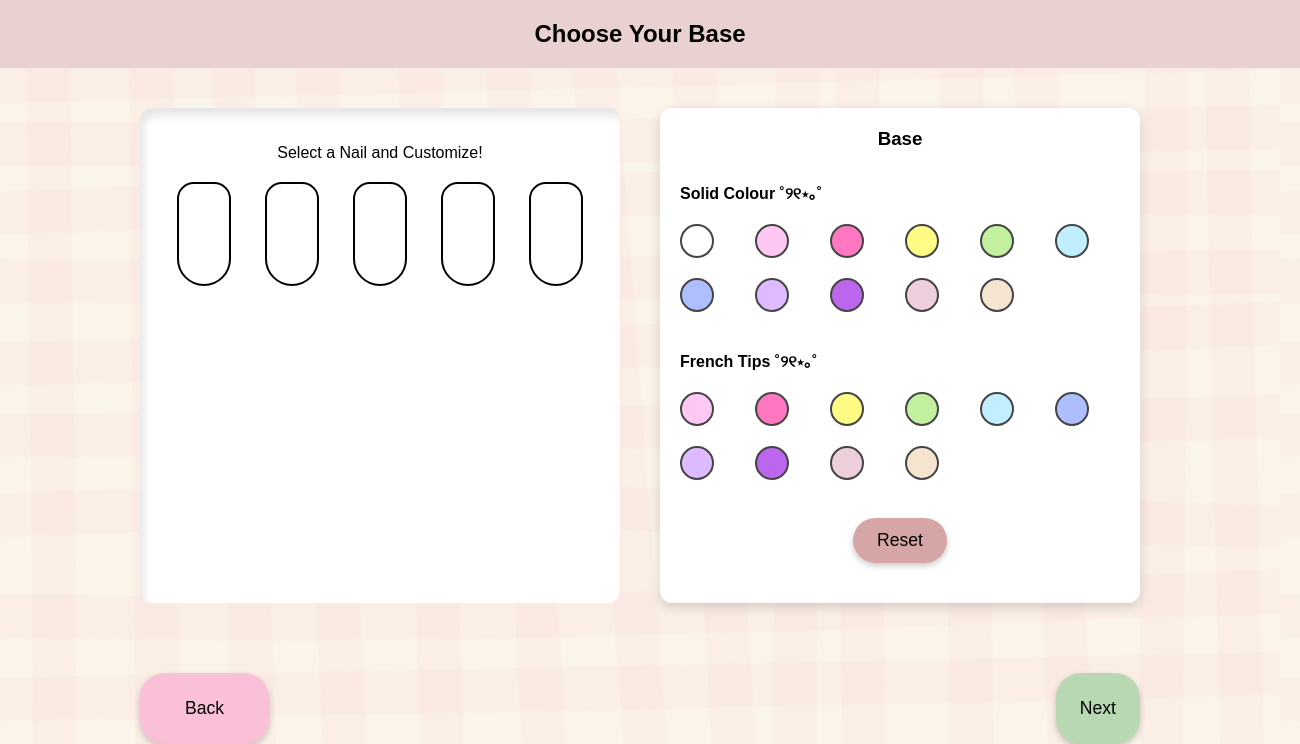
Repository: amolwalia/Fluidity-Lab
Page: base-paint.html
These files come from the project's save history. The page is drawn as it stood at one moment and after the next save; the edit follows.
The browser window is 1280 px wide. The page is 1300 px wide, so the pictures cover 1300 px, including what lies to the right of the window. The pictures show the whole page.

Above is the page before, as saved 2025-05-11 19:18:24.

### base-paint.html
<!DOCTYPE html>
<html lang="en">
  <head>
    <meta charset="UTF-8" />
    <meta name="viewport" content="width=device-width, initial-scale=1.0" />
    <title>Choose Your Base</title>
    <link rel="stylesheet" href="./styles/basepaints.css" />
  </head>
  <body>
    <header>Choose Your Base</header>
    <div class="container">
      <div class="nail-area">
        <p style="text-align: center">Select a Nail and Customize!</p>
        <div class="nails">
          <div class="nail" onclick="selectNail(this)"></div>
          <div class="nail" onclick="selectNail(this)"></div>
          <div class="nail" onclick="selectNail(this)"></div>
          <div class="nail" onclick="selectNail(this)"></div>
          <div class="nail" onclick="selectNail(this)"></div>
        </div>
      </div>
      <div class="palette">
        <h3>Base</h3>
        <strong>Solid Colour ˚୨୧⋆｡˚</strong>
        <div class="colors">
          <div
            class="color"
            style="background: white"
            onclick="setColor('white', false)"
          ></div>
          <div
            class="color"
            style="background: #ffc8f4"
            onclick="setColor('#ffc8f4', false)"
          ></div>
          <div
            class="color"
            style="background: #ff77c0"
            onclick="setColor('#ff77c0', false)"
          ></div>
          <div
            class="color"
            style="background: #fefc85"
            onclick="setColor('#fefc85', false)"
          ></div>
          <div
            class="color"
            style="background: #c2f09f"
            onclick="setColor('#c2f09f', false)"
          ></div>
          <div
            class="color"
            style="background: #c2efff"
            onclick="setColor('#c2efff', false)"
          ></div>
        </div>
        <div class="colors">
          <div
            class="color"
            style="background: #aebeff"
            onclick="setColor('#AEBEFF', false)"
          ></div>
          <div
            class="color"
            style="background: #debaff"
            onclick="setColor('#DEBAFF', false)"
          ></div>
          <div
            class="color"
            style="background: #bb66ec"
            onclick="setColor('#BB66EC', false)"
          ></div>
          <div
            class="color"
            style="background: #eecfdd"
            onclick="setColor('#EECFDD', false)"
          ></div>
          <div
            class="color"
            style="background: #f5e4d0"
            onclick="setColor('#F5E4D0', false)"
          ></div>
        </div>
        <br />
        <br />
        <strong class="french">French Tips ˚୨୧⋆｡˚</strong>
        <div class="colors">
          <div
            class="color"
            style="background: #ffc8f4"
            onclick="setColor('#ffc8f4', true)"
          ></div>
          <div
            class="color"
            style="background: #ff77c0"
            onclick="setColor('#ff77c0', true)"
          ></div>
          <div
            class="color"
            style="background: #fefc85"
            onclick="setColor('#fefc85', true)"
          ></div>
          <div
            class="color"
            style="background: #c2f09f"
            onclick="setColor('#c2f09f', true)"
          ></div>
          <div
            class="color"
            style="background: #c2efff"
            onclick="setColor('#c2efff', true)"
          ></div>
          <div
            class="color"
            style="background: #aebeff"
            onclick="setColor('#AEBEFF', true)"
          ></div>
        </div>
        <div class="colors">
          <div
            class="color"
            style="background: #debaff"
            onclick="setColor('#DEBAFF', true)"
          ></div>
          <div
            class="color"
            style="background: #bb66ec"
            onclick="setColor('#BB66EC', true)"
          ></div>
          <div
            class="color"
            style="background: #eecfdd"
            onclick="setColor('#EECFDD', true)"
          ></div>
          <div
            class="color"
            style="background: #f5e4d0"
            onclick="setColor('#F5E4D0', true)"
          ></div>
        </div>
        <br />
        <button class="btn btn-brown" onclick="resetColors()">Reset</button>
      </div>
    </div>
    <div class="btn-row">
      <button class="btn btn-pink" onclick="location.href='index.html'">
        Back
      </button>
      <button class="btn btn-green" onclick="saveNailColorsAndGoNext()">
        Next
      </button>
    </div>
    <script src="./scripts/basepaints.js"></script>
  </body>
</html>

### styles/basepaints.css
body {
  margin: 0;
  font-family: "Quicksand", sans-serif;
  background: url("../media/pink_plaid.png");
  background-size: cover;
  background-blend-mode: multiply;
  background-color: #fbf5e9;
  display: flex;
  flex-direction: column;
  align-items: center;
}
header {
  width: 100%;
  padding: 20px;
  background-color: #e9d1d1;
  text-align: center;
  font-weight: bold;
  font-size: 1.5rem;
}
.container {
  display: flex;
  justify-content: space-between;
  padding: 40px;
  width: 100%;
  max-width: 1000px;
}
.nail-area,
.palette {
  background: #fff;
  border-radius: 12px;
  padding: 20px;
  box-shadow: 0 4px 12px rgba(0, 0, 0, 0.15);

}
.nail-area {
  flex: 1;
  margin-right: 40px;
  box-shadow: inset 4px 8px 8px  rgba(0, 0, 0, 0.1);
}
.palette {
  flex: 1;
}
.nails {
  display: flex;
  justify-content: space-around;
  margin-top: 20px;
}
.nail {
  width: 50px;
  height: 100px;
  border: 2px solid #000;
  border-radius: 25px 25px 40px 40px;
  background: #fff;
  position: relative;
  overflow: hidden;
}

h3 {
  text-align: center;
  margin-top: 0;
  margin-bottom: 30px;

}
strong.custom {
  display: inline-block;
  margin-bottom: 30px;
}

.btn-brown {
    display: block;
    margin: 20px auto;
}


.french {
  margin-bottom: 10px
}

.french-tip-overlay {
  position: absolute;
  top: 0;
  left: 0;
  width: 100%;
  height: 100%;
  pointer-events: none;
  z-index: 50;
  background: none;
}
.french-tip-overlay::before {
  content: "";
  position: absolute;
  top: 0;
  left: 0;
  width: 100%;
  height: 100%;
  background: url("data:[embedded picture, 672 characters]")
    top center / 100% auto no-repeat;
  opacity: 1;
  z-index: 50;
}
.colors {
  display: grid;
  grid-template-columns: repeat(6, 1fr);
  gap: 10px;
  margin-top: 20px;
}
.color {
  width: 30px;
  height: 30px;
  border-radius: 50%;
  cursor: pointer;
  border: 2px solid #444;
}
.btn-row {
  display: flex;
  justify-content: space-between;
  width: 100%;
  max-width: 1000px;
  margin-top: 30px;
}
.btn {
  padding: 12px 24px;
  font-size: 1.1rem;
  background-color: #b7d8b2;
  border: none;
  border-radius: 25px;
  cursor: pointer;
  box-shadow: 0 3px 6px rgba(0, 0, 0, 0.2);
  transition: transform 0.3s ease, box-shadow 0.3s ease;
}
.btn:hover {
  transform: scale(1.05);
  box-shadow: 0 6px 12px rgba(183, 216, 178, 0.6);
}
.btn-pink {
  background-color: #f9c0d7;
  padding: 25px 45px;
}
.btn-green {
  background-color: #b7d8b2;
}
.btn-brown {
  background-color: #d6a5a5;
}

### scripts/basepaints.js
let selectedNail = null;

function selectNail(el) {
  document
    .querySelectorAll(".nail")
    .forEach((nail) => (nail.style.borderColor = "#000"));
  selectedNail = el;
  el.style.borderColor = "deeppink";
}

function setColor(color, isFrenchTip = false) {
  if (selectedNail) {
    selectedNail.style.background = color;
    const existingTip = selectedNail.querySelector(".french-tip-overlay");
    if (existingTip) existingTip.remove();
    if (isFrenchTip) {
      const tip = document.createElement("div");
      tip.className = "french-tip-overlay";
      selectedNail.appendChild(tip);
    }
  }
}

function resetColors() {
  document.querySelectorAll(".nail").forEach((nail) => {
    nail.style.background = "white";
    const tip = nail.querySelector(".french-tip-overlay");
    if (tip) tip.remove();
  });
}

function saveNailColorsAndGoNext() {
  const nails = document.querySelectorAll(".nail");
  const designData = Array.from(nails).map((nail) => {
    return {
      background: nail.style.background,
      hasTip: !!nail.querySelector(".french-tip-overlay"),
    };
  });
  localStorage.setItem("nailDesignData", JSON.stringify(designData));
  location.href = "decorate.html";
}

After the next save:
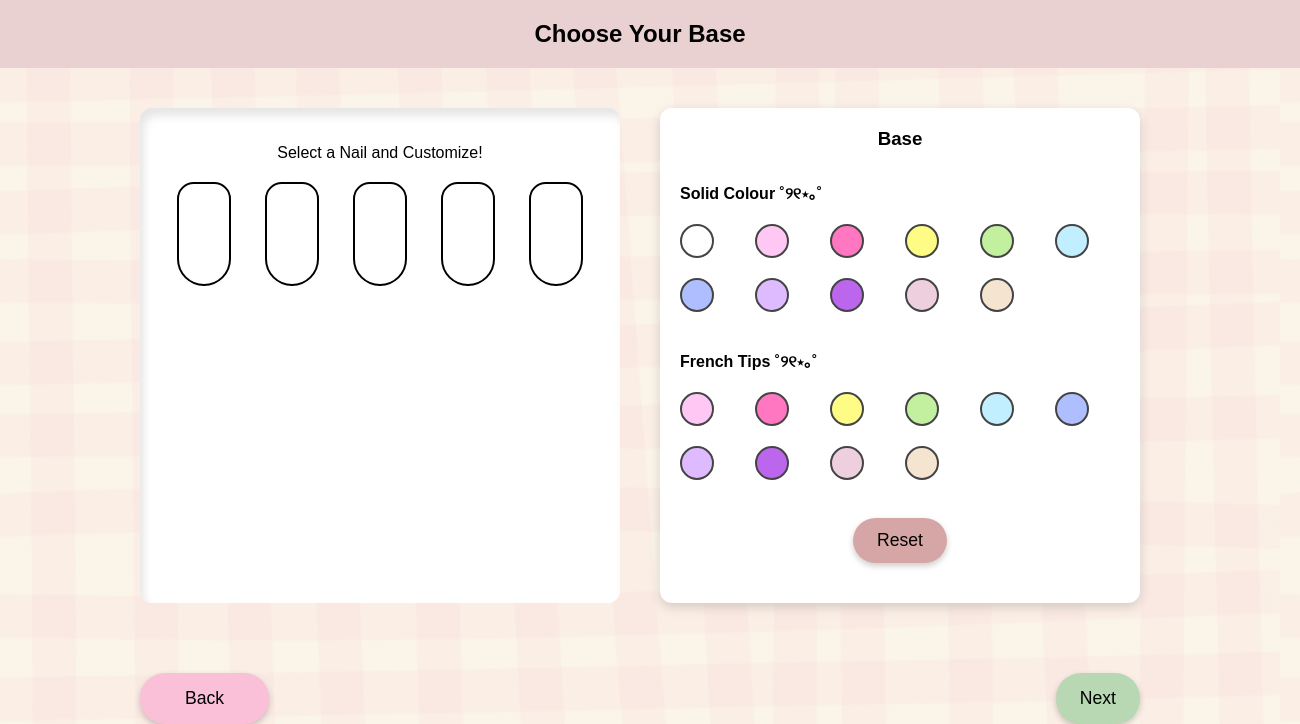
Saved 8 s later.
--- a/styles/basepaints.css
+++ b/styles/basepaints.css
@@ -134,7 +134,7 @@ strong.custom {
 }
 .btn-pink {
   background-color: #f9c0d7;
-  padding: 25px 45px;
+  padding: 15px 45px;
 }
 .btn-green {
   background-color: #b7d8b2;
